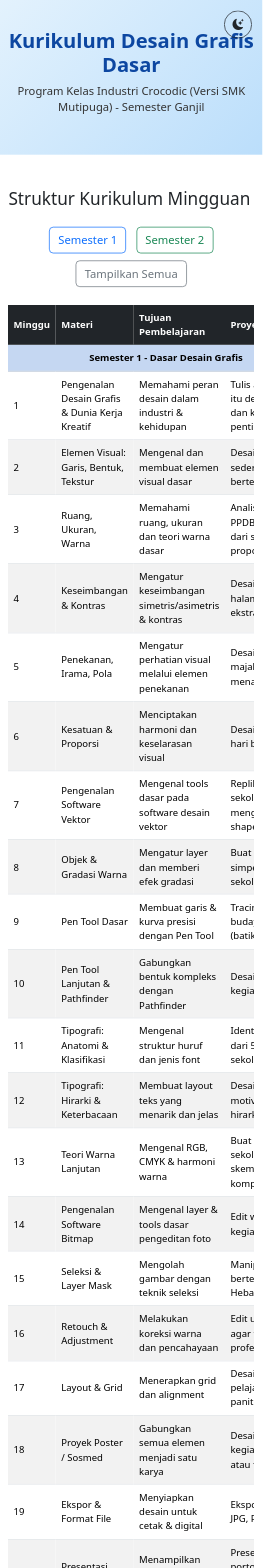
Repository: ppdbsmkmutipuga/kurikulumdesain
Page: index.html
These files come from the project's save history. The page is drawn as it stood at one moment and after the next save; the edit follows.
The browser window is 375 px wide. The pictures show the part of the page from y = 0 to 2240 px (the page is 4521 px tall before and 4983 px after), at 70% of full size.

Above is the page before, as saved 2025-07-01 04:13:56.

### index.html
<!DOCTYPE html>
<html lang="id">

<head>
    <meta charset="UTF-8" />
    <meta name="viewport" content="width=device-width, initial-scale=1.0" />
    <title>Kurikulum Desain Grafis - SMK Mutipuga</title>
    <link href="https://cdn.jsdelivr.net/npm/bootstrap@5.3.3/dist/css/bootstrap.min.css" rel="stylesheet" />
    <link href="https://cdnjs.cloudflare.com/ajax/libs/aos/2.3.4/aos.css" rel="stylesheet" />
    <link href="https://cdn.jsdelivr.net/npm/bootstrap-icons@1.10.5/font/bootstrap-icons.css" rel="stylesheet">
    <link rel="stylesheet" href="style.css">
</head>

<body>
    <button class="btn btn-outline-dark mode-toggle" onclick="toggleMode()">
        <i class="bi bi-moon-stars-fill"></i>
    </button>

    <!-- Hero Section -->
    <section class="hero" data-aos="fade-down">
        <div class="container">
            <h1>Kurikulum Desain Grafis Dasar</h1>
            <p class="lead">Program Kelas Industri Crocodic (Versi SMK Mutipuga) - Semester Ganjil</p>
        </div>
    </section>

    <!-- Table Section -->
    <section class="container my-5" data-aos="fade-up">
        <h2 class="section-title">Struktur Kurikulum Mingguan</h2>
        <div class="filter-buttons">
            <button class="btn btn-outline-primary" onclick="filterSemester(1)">Semester 1</button>
            <button class="btn btn-outline-success" onclick="filterSemester(2)">Semester 2</button>
            <button class="btn btn-outline-secondary" onclick="filterSemester(0)">Tampilkan Semua</button>
        </div>
        <div class="table-container">
            <div class="table-responsive">
                <table class="table table-striped table-hover align-middle mb-0" id="kurikulumTable">
                    <thead class="table-dark">
                        <tr>
                            <th scope="col">Minggu</th>
                            <th scope="col">Materi</th>
                            <th scope="col">Tujuan Pembelajaran</th>
                            <th scope="col">Proyek / Tugas</th>
                        </tr>
                    </thead>
                    <tbody>
                        <!-- Data rows akan di-load lewat JS -->
                    </tbody>
                </table>
            </div>
        </div>
    </section>

    <!-- Footer -->
    <footer>
        &copy; 2025 SMK Muhammadiyah 3 Pucang Gading | Program Kelas Industri Crocodic
    </footer>

    <!-- Scripts -->
    <script src="https://cdn.jsdelivr.net/npm/bootstrap@5.3.3/dist/js/bootstrap.bundle.min.js"></script>
    <script src="https://cdnjs.cloudflare.com/ajax/libs/aos/2.3.4/aos.js"></script>
    <script src="script.js"></script>
</body>

</html>

### style.css
/* Hero Section */
.hero {
  padding: 60px 0;
  background: linear-gradient(135deg, #e3f2fd, #bbdefb);
  text-align: center;
}

.hero h1 {
  font-weight: 700;
  font-size: 2.5rem;
  color: #0d47a1;
}

.hero p {
  font-size: 1.25rem;
  color: #333;
}

/* Filter Buttons */
.filter-buttons {
  text-align: center;
  margin: 20px 0;
}

.filter-buttons button {
  margin: 5px;
}

/* Table Section */
.table-container {
  overflow-x: auto;
}

.table th,
.table td {
  vertical-align: middle !important;
  font-size: 0.95rem;
}

/* Footer */
footer {
  padding: 20px;
  text-align: center;
  background-color: #f1f1f1;
  margin-top: 50px;
  font-size: 0.9rem;
}

/* Dark Mode */
body.bg-dark .table,
body.bg-dark .table thead,
body.bg-dark .table tbody,
body.bg-dark .table td,
body.bg-dark .table th {
  color: #fff;
}

body.bg-dark footer {
  background-color: #212529;
  color: #fff;
}

/* Mode Toggle */
.mode-toggle {
  position: fixed;
  top: 15px;
  right: 15px;
  z-index: 1000;
  border-radius: 50%;
  width: 48px;
  height: 48px;
  display: flex;
  align-items: center;
  justify-content: center;
}

/* Responsive Text */
@media (max-width: 768px) {
  .hero h1 {
    font-size: 1.8rem;
  }

  .hero p {
    font-size: 1rem;
  }

  .table th,
  .table td {
    font-size: 0.85rem;
  }
}

@media (max-width: 576px) {
  .mode-toggle {
    width: 40px;
    height: 40px;
  }

  .hero {
    padding: 40px 0;
  }
}

### script.js
// Inisialisasi animasi AOS
AOS.init();

// Data lengkap Week 1–40
const tableData = [
    { week: 'Semester 1 - Dasar Desain Grafis', isHeader: true, semester: 1 },
    { week: 1, materi: 'Pengenalan Desain Grafis & Dunia Kerja Kreatif', tujuan: 'Memahami peran desain dalam industri & kehidupan', tugas: 'Tulis artikel: “Apa itu desain grafis dan kenapa penting?”', semester: 1 },
    { week: 2, materi: 'Elemen Visual: Garis, Bentuk, Tekstur', tujuan: 'Mengenal dan membuat elemen visual dasar', tugas: 'Desain stiker sederhana bertema sekolah', semester: 1 },
    { week: 3, materi: 'Ruang, Ukuran, Warna', tujuan: 'Memahami ruang, ukuran dan teori warna dasar', tugas: 'Analisis poster PPDB Mutipuga dari segi ruang & proporsi', semester: 1 },
    { week: 4, materi: 'Keseimbangan & Kontras', tujuan: 'Mengatur keseimbangan simetris/asimetris & kontras', tugas: 'Desain brosur satu halaman bertema ekstrakurikuler', semester: 1 },
    { week: 5, materi: 'Penekanan, Irama, Pola', tujuan: 'Mengatur perhatian visual melalui elemen penekanan', tugas: 'Desain cover majalah siswa yang menarik perhatian', semester: 1 },
    { week: 6, materi: 'Kesatuan & Proporsi', tujuan: 'Menciptakan harmoni dan keselarasan visual', tugas: 'Desain spanduk hari besar nasional', semester: 1 },
    { week: 7, materi: 'Pengenalan Software Vektor', tujuan: 'Mengenal tools dasar pada software desain vektor', tugas: 'Replika logo sekolah menggunakan shape dan warna', semester: 1 },
    { week: 8, materi: 'Objek & Gradasi Warna', tujuan: 'Mengatur layer dan memberi efek gradasi', tugas: 'Buat ilustrasi simpel bertema sekolah', semester: 1 },
    { week: 9, materi: 'Pen Tool Dasar', tujuan: 'Membuat garis & kurva presisi dengan Pen Tool', tugas: 'Tracing ikon budaya Indonesia (batik, angklung)', semester: 1 },
    { week: 10, materi: 'Pen Tool Lanjutan & Pathfinder', tujuan: 'Gabungkan bentuk kompleks dengan Pathfinder', tugas: 'Desain logo kegiatan OSIS', semester: 1 },
    { week: 11, materi: 'Tipografi: Anatomi & Klasifikasi', tujuan: 'Mengenal struktur huruf dan jenis font', tugas: 'Identifikasi font dari 5 poster sekolah', semester: 1 },
    { week: 12, materi: 'Tipografi: Hirarki & Keterbacaan', tujuan: 'Membuat layout teks yang menarik dan jelas', tugas: 'Desain kutipan motivasi dengan hirarki visual', semester: 1 },
    { week: 13, materi: 'Teori Warna Lanjutan', tujuan: 'Mengenal RGB, CMYK & harmoni warna', tugas: 'Buat palet warna sekolah dalam skema analogus & komplementer', semester: 1 },
    { week: 14, materi: 'Pengenalan Software Bitmap', tujuan: 'Mengenal layer & tools dasar pengeditan foto', tugas: 'Edit warna foto kegiatan sekolah', semester: 1 },
    { week: 15, materi: 'Seleksi & Layer Mask', tujuan: 'Mengolah gambar dengan teknik seleksi', tugas: 'Manipulasi gambar bertema “SMK Hebat”', semester: 1 },
    { week: 16, materi: 'Retouch & Adjustment', tujuan: 'Melakukan koreksi warna dan pencahayaan', tugas: 'Edit ulang foto agar tampil profesional', semester: 1 },
    { week: 17, materi: 'Layout & Grid', tujuan: 'Menerapkan grid dan alignment', tugas: 'Desain kartu pelajar atau ID panitia', semester: 1 },
    { week: 18, materi: 'Proyek Poster / Sosmed', tujuan: 'Gabungkan semua elemen menjadi satu karya', tugas: 'Desain poster kegiatan sekolah atau feed IG', semester: 1 },
    { week: 19, materi: 'Ekspor & Format File', tujuan: 'Menyiapkan desain untuk cetak & digital', tugas: 'Ekspor desain ke JPG, PNG, dan PDF', semester: 1 },
    { week: 20, materi: 'Presentasi Portofolio', tujuan: 'Menampilkan hasil belajar dan refleksi', tugas: 'Presentasi portofolio mini + evaluasi teman sebaya', semester: 1 },
    { week: 'Semester 2 - Desain Grafis Menengah (Middle)', isHeader: true, semester: 2 },
    { week: 21, materi: 'Review & Target Level Menengah', tujuan: 'Review elemen & prinsip desain, pahami ekspektasi level menengah', tugas: 'Presentasi karya terbaik dari semester 1 dan refleksi tantangan', semester: 2 },
    { week: 22, materi: 'Appearance Panel & Effects (Illustrator)', tujuan: 'Menguasai efek non-destruktif & multiple style dalam satu objek', tugas: 'Desain ikon kompleks dengan minimal 3 efek dan simpan sebagai style', semester: 2 },
    { week: 23, materi: 'Brushes & Patterns (Illustrator)', tujuan: 'Membuat brush kustom dan pola seamless', tugas: 'Buat brush art dan pola geometris untuk diaplikasikan ke desain', semester: 2 },
    { week: 24, materi: 'Gradient Mesh & Blending', tujuan: 'Pewarnaan realistis dan transisi bentuk halus', tugas: 'Ilustrasi objek dengan mesh dan blending', semester: 2 },
    { week: 25, materi: 'Advanced Masking & Channel (Photoshop)', tujuan: 'Seleksi objek kompleks seperti rambut atau daun', tugas: 'Gabungkan hasil seleksi ke latar belakang baru', semester: 2 },
    { week: 26, materi: 'Smart Objects & Non-Destructive Workflow', tujuan: 'Menggunakan Smart Object dan Smart Filter dalam editing', tugas: 'Edit foto dengan teknik non-destruktif dan simpan editable', semester: 2 },
    { week: 27, materi: 'Compositing & Manipulasi Foto', tujuan: 'Gabungkan beberapa gambar menjadi satu komposisi yang harmonis', tugas: 'Buat karya bertema surealis/fantasi dengan minimal 3 gambar', semester: 2 },
    { week: 28, materi: 'Font Pairing & Hirarki Tipografi Lanjut', tujuan: 'Gunakan kombinasi font yang efektif dan hirarki teks yang kompleks', tugas: 'Desain halaman majalah atau web dengan 3 level teks dan font pairing', semester: 2 },
    { week: 29, materi: 'Typographic Grid & Readability', tujuan: 'Menggunakan grid dan memahami keterbacaan teks panjang', tugas: 'Rancang ulang artikel agar lebih rapi dan nyaman dibaca', semester: 2 },
    { week: 30, materi: 'Psikologi Warna & Palet Kustom', tujuan: 'Pahami pengaruh warna terhadap persepsi', tugas: 'Buat 2 palet warna untuk brand fiktif, berikan justifikasi', semester: 2 },
    { week: 31, materi: 'Logo & Identitas Visual Dasar', tujuan: 'Pahami jenis-jenis logo dan elemen visual', tugas: 'Analisis logo UKM lokal dan berikan saran pengembangan', semester: 2 },
    { week: 32, materi: 'Logo Variasi & Style Guide Dasar', tujuan: 'Desain versi logo berbeda dan panduan penggunaannya', tugas: 'Buat minimal 3 versi logo + 1 halaman style guide sederhana', semester: 2 },
    { week: 33, materi: 'InDesign: Master Pages', tujuan: 'Mengenal interface dan penggunaan master page', tugas: 'Desain dokumen 4 halaman dengan elemen tetap', semester: 2 },
    { week: 34, materi: 'InDesign: Styles & Text Flow', tujuan: 'Membuat paragraph styles dan mengatur aliran teks', tugas: 'Desain artikel dummy dengan text threading dan paragraph styles', semester: 2 },
    { week: 35, materi: 'UI/UX Design Principles', tujuan: 'Memahami prinsip dasar usability dan perbedaan UI/UX', tugas: 'Analisis aplikasi populer dan evaluasi prinsip usability-nya', semester: 2 },
    { week: 36, materi: 'Desain Elemen UI Dasar', tujuan: 'Desain tombol, form, dan komponen lain dengan berbagai state', tugas: 'Buat set UI: tombol, form, card dengan tampilan konsisten', semester: 2 },
    { week: 37, materi: 'Brief, Riset & Moodboard', tujuan: 'Menganalisis brief dan membuat visual moodboard', tugas: 'Buat moodboard untuk proyek branding fiktif', semester: 2 },
    { week: 38, materi: 'Proyek Integratif', tujuan: 'Menggabungkan semua skill dalam satu proyek besar', tugas: 'Lanjutkan proyek branding/brosur/UI berdasarkan brief', semester: 2 },
    { week: 39, materi: 'Print & Web Optimization', tujuan: 'Optimalkan file desain untuk cetak dan web', tugas: 'Ekspor proyek ke versi cetak (PDF) dan digital (JPG/PNG)', semester: 2 },
    { week: 40, materi: 'Portfolio Review & Karir', tujuan: 'Review proyek akhir dan diskusi karir desain', tugas: 'Presentasikan proyek akhir + 3–5 karya untuk portofolio mini', semester: 2 },
];

const tbody = document.querySelector('#kurikulumTable tbody');

function renderTable(filter) {
    tbody.innerHTML = '';
    let hasPrintedSemester1Header = false;
    let hasPrintedSemester2Header = false;
    tableData.forEach(row => {
        if (filter === 0 || row.semester === filter || row.isHeader) {
            if (row.isHeader) {
                if ((filter === 1 && row.semester === 1 && !hasPrintedSemester1Header) ||
                    (filter === 2 && row.semester === 2 && !hasPrintedSemester2Header) ||
                    filter === 0) {
                    const tr = document.createElement('tr');
                    tr.className = 'table-primary text-center fw-bold';
                    const td = document.createElement('td');
                    td.setAttribute('colspan', 4);
                    td.textContent = row.week;
                    tr.appendChild(td);
                    tbody.appendChild(tr);
                    if (row.semester === 1) hasPrintedSemester1Header = true;
                    if (row.semester === 2) hasPrintedSemester2Header = true;
                }
            } else {
                if (filter === 0 || row.semester === filter) {
                    const tr = document.createElement('tr');
                    tr.innerHTML = `
            <td>${row.week}</td>
            <td>${row.materi}</td>
            <td>${row.tujuan}</td>
            <td>${row.tugas}</td>
          `;
                    tbody.appendChild(tr);
                }
            }
        }
    });
}

function filterSemester(semester) {
    renderTable(semester);
}

function toggleMode() {
    document.body.classList.toggle('bg-dark');
    document.body.classList.toggle('text-white');
    document.querySelector('footer').classList.toggle('bg-light');
    document.querySelector('footer').classList.toggle('text-dark');
}

renderTable(0);

After the next save:
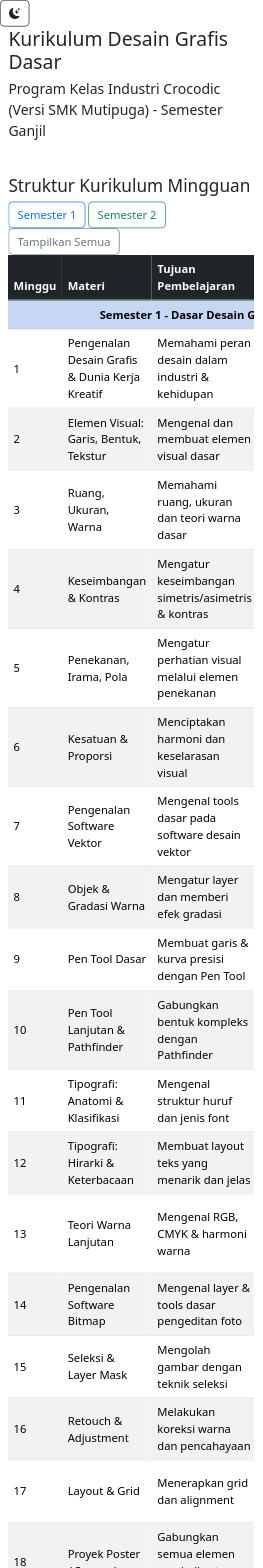
Saved 3 min 44 s later.
--- a/style.css
+++ b/style.css
@@ -1,102 +1,65 @@
-/* Hero Section */
-.hero {
-  padding: 60px 0;
-  background: linear-gradient(135deg, #e3f2fd, #bbdefb);
-  text-align: center;
+/* DARK MODE IMPROVEMENT */
+body.bg-dark {
+  background-color: #121212;
+  color: #e0e0e0;
 }
 
-.hero h1 {
-  font-weight: 700;
-  font-size: 2.5rem;
-  color: #0d47a1;
+body.bg-dark .hero {
+  background: linear-gradient(135deg, #1e1e1e, #2c2c2c);
 }
 
-.hero p {
-  font-size: 1.25rem;
-  color: #333;
+body.bg-dark .hero h1 {
+  color: #90caf9;
 }
 
-/* Filter Buttons */
-.filter-buttons {
-  text-align: center;
-  margin: 20px 0;
+body.bg-dark .hero p {
+  color: #cccccc;
 }
 
-.filter-buttons button {
-  margin: 5px;
+body.bg-dark .table thead {
+  background-color: #1f1f1f;
 }
 
-/* Table Section */
-.table-container {
-  overflow-x: auto;
+body.bg-dark .table-primary {
+  background-color: #263238 !important;
+  color: #ffffff;
 }
 
-.table th,
-.table td {
-  vertical-align: middle !important;
-  font-size: 0.95rem;
+body.bg-dark .table-striped>tbody>tr:nth-of-type(odd) {
+  background-color: #1e1e1e;
 }
 
-/* Footer */
-footer {
-  padding: 20px;
-  text-align: center;
-  background-color: #f1f1f1;
-  margin-top: 50px;
-  font-size: 0.9rem;
+body.bg-dark .table-hover>tbody>tr:hover {
+  background-color: #333333;
 }
 
-/* Dark Mode */
-body.bg-dark .table,
-body.bg-dark .table thead,
-body.bg-dark .table tbody,
 body.bg-dark .table td,
 body.bg-dark .table th {
-  color: #fff;
+  color: #e0e0e0;
+}
+
+body.bg-dark .btn-outline-primary {
+  color: #90caf9;
+  border-color: #90caf9;
+}
+
+body.bg-dark .btn-outline-success {
+  color: #81c784;
+  border-color: #81c784;
+}
+
+body.bg-dark .btn-outline-secondary {
+  color: #b0bec5;
+  border-color: #b0bec5;
 }
 
 body.bg-dark footer {
-  background-color: #212529;
+  background-color: #1e1e1e;
+  color: #ccc;
+}
+
+/* Mode Toggle Icon contrast */
+body.bg-dark .mode-toggle {
+  background-color: #333;
   color: #fff;
 }
-
-/* Mode Toggle */
-.mode-toggle {
-  position: fixed;
-  top: 15px;
-  right: 15px;
-  z-index: 1000;
-  border-radius: 50%;
-  width: 48px;
-  height: 48px;
-  display: flex;
-  align-items: center;
-  justify-content: center;
-}
-
-/* Responsive Text */
-@media (max-width: 768px) {
-  .hero h1 {
-    font-size: 1.8rem;
-  }
-
-  .hero p {
-    font-size: 1rem;
-  }
-
-  .table th,
-  .table td {
-    font-size: 0.85rem;
-  }
-}
-
-@media (max-width: 576px) {
-  .mode-toggle {
-    width: 40px;
-    height: 40px;
-  }
-
-  .hero {
-    padding: 40px 0;
-  }
-}

After the 2 saves that followed:
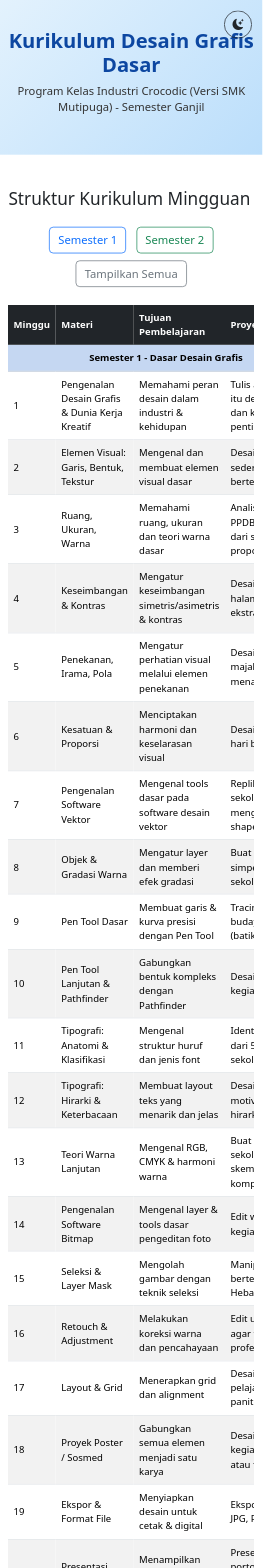
The 2 saves are shown as one change because they came seconds apart.
The last was saved 12 s later.
--- a/style.css
+++ b/style.css
@@ -1,3 +1,105 @@
+/* Hero Section */
+.hero {
+  padding: 60px 0;
+  background: linear-gradient(135deg, #e3f2fd, #bbdefb);
+  text-align: center;
+}
+
+.hero h1 {
+  font-weight: 700;
+  font-size: 2.5rem;
+  color: #0d47a1;
+}
+
+.hero p {
+  font-size: 1.25rem;
+  color: #333;
+}
+
+/* Filter Buttons */
+.filter-buttons {
+  text-align: center;
+  margin: 20px 0;
+}
+
+.filter-buttons button {
+  margin: 5px;
+}
+
+/* Table Section */
+.table-container {
+  overflow-x: auto;
+}
+
+.table th,
+.table td {
+  vertical-align: middle !important;
+  font-size: 0.95rem;
+}
+
+/* Footer */
+footer {
+  padding: 20px;
+  text-align: center;
+  background-color: #f1f1f1;
+  margin-top: 50px;
+  font-size: 0.9rem;
+}
+
+/* Dark Mode */
+body.bg-dark .table,
+body.bg-dark .table thead,
+body.bg-dark .table tbody,
+body.bg-dark .table td,
+body.bg-dark .table th {
+  color: #fff;
+}
+
+body.bg-dark footer {
+  background-color: #212529;
+  color: #fff;
+}
+
+/* Mode Toggle */
+.mode-toggle {
+  position: fixed;
+  top: 15px;
+  right: 15px;
+  z-index: 1000;
+  border-radius: 50%;
+  width: 48px;
+  height: 48px;
+  display: flex;
+  align-items: center;
+  justify-content: center;
+}
+
+/* Responsive Text */
+@media (max-width: 768px) {
+  .hero h1 {
+    font-size: 1.8rem;
+  }
+
+  .hero p {
+    font-size: 1rem;
+  }
+
+  .table th,
+  .table td {
+    font-size: 0.85rem;
+  }
+}
+
+@media (max-width: 576px) {
+  .mode-toggle {
+    width: 40px;
+    height: 40px;
+  }
+
+  .hero {
+    padding: 40px 0;
+  }
+}
 /* DARK MODE IMPROVEMENT */
 body.bg-dark {
   background-color: #121212;
@@ -25,11 +127,11 @@
   color: #ffffff;
 }
 
-body.bg-dark .table-striped>tbody>tr:nth-of-type(odd) {
+body.bg-dark .table-striped > tbody > tr:nth-of-type(odd) {
   background-color: #1e1e1e;
 }
 
-body.bg-dark .table-hover>tbody>tr:hover {
+body.bg-dark .table-hover > tbody > tr:hover {
   background-color: #333333;
 }
 
